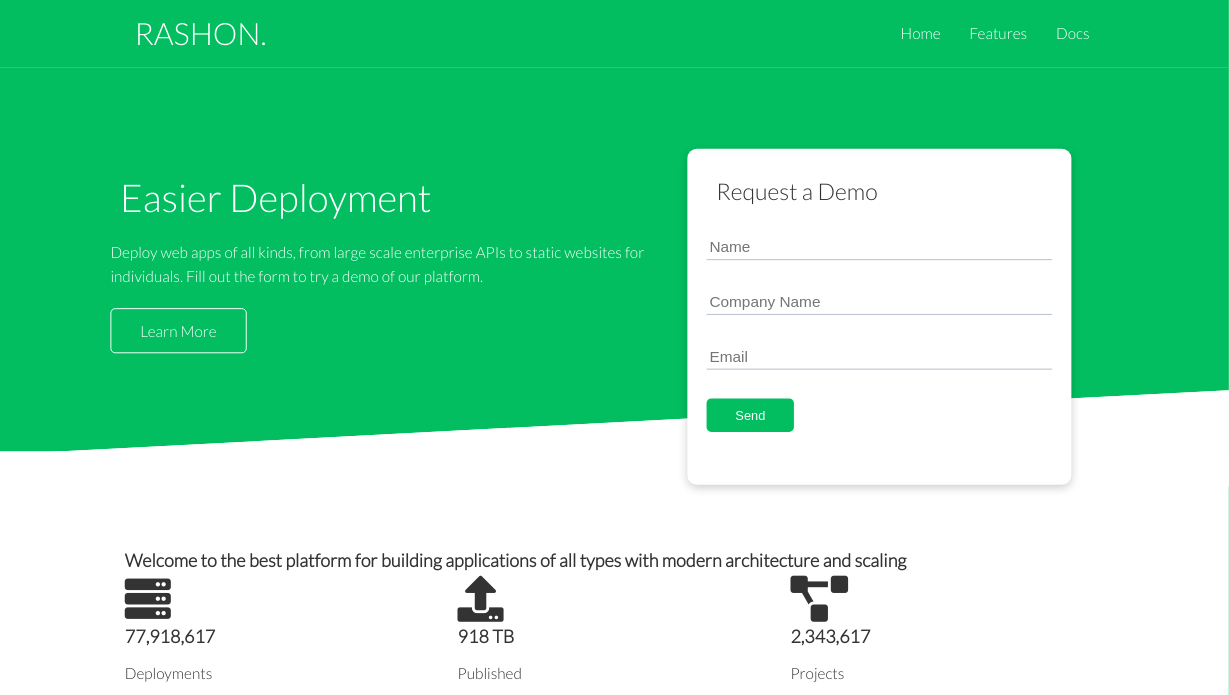
Repository: Skilis/website-modern
Page: index.html
An editor plug-in stored every save of this project. The page is shown before and after the next save, followed by the edit.
The browser window is 1280 px wide. The pictures show the whole page, at 96% of full size.

Above is the page before, as saved 2020-10-23 14:18:32.

### index.html
<!DOCTYPE html>
<html lang="en">

<head>
  <meta charset="UTF-8">
  <meta name="viewport" content="width=device-width, initial-scale=1.0">
  <link rel="stylesheet" href="https://cdnjs.cloudflare.com/ajax/libs/font-awesome/5.15.1/css/all.min.css"
    integrity="sha512-+4zCK9k+qNFUR5X+cKL9EIR+ZOhtIloNl9GIKS57V1MyNsYpYcUrUeQc9vNfzsWfV28IaLL3i96P9sdNyeRssA=="
    crossorigin="anonymous" />
  <link rel="stylesheet" href="css/style.css">
  <title>Rashon | Cloud Hosting For The SuperPhly</title>
</head>

<body>
  <!-- Navbar-->
  <div class="navbar">
    <div class="container flex">
      <h1 class="logo">RASHON.</h1>
      <nav>
        <ul>
          <li><a href="index.html">Home</a></li>
          <li><a href="features.html">Features</a></li>
          <li><a href="docs.html">Docs</a></li>
        </ul>
      </nav>
    </div>

  </div>

  <!-- Showcase-->

  <section class="showcase">
    <div class="container grid">
      <div class="showcase-text">
        <h1>Easier Deployment</h1>
        <p>Deploy web apps of all kinds, from large scale enterprise APIs to static websites for individuals. Fill out
          the form to try a demo of our platform.</p>
        <a href="features.html" class="btn btn-outline">Learn More</a>
      </div>

      <div class="showcase-form card">
        <h2>Request a Demo</h2>
        <form>
          <div class="form-control">
            <input type="text" name="name" placeholder="Name" required>
          </div>
          <div class="form-control">
            <input type="text" name="company" placeholder="Company Name" required>
          </div>
          <div class="form-control">
            <input type="email" name="email" placeholder="Email" required>
          </div>
          <input type="submit" value="Send" class="btn btn-primary">
        </form>
      </div>
    </div>

  </section>

  <!-- Stats-->

  <section class="stats">
    <div class="container">
      <h3 class="stats-heading text-center my-1">
        Welcome to the best platform for building applications of all types with modern architecture and scaling
      </h3>

      <div class="grid grid-3 text-center my-4">
        <div>
          <i class="fas fa-server fa-3x"></i>
          <h3>77,918,617</h3>
          <p class="text-secondary">Deployments</p>
        </div>
        <div> <i class="fas fa-upload fa-3x"></i>
          <h3>918 TB</h3>
          <p class="text-secondary">Published</p>
        </div>
        <div> <i class="fas fa-project-diagram fa-3x"></i>
          <h3>2,343,617</h3>
          <p class="text-secondary">Projects</p>
        </div>
      </div>


    </div>

  </section>
</body>

</html>

### css/style.css
@import url('https://fonts.googleapis.com/css2?family=Lato:wght@300&display=swap');

:root {
  --primary-color: #03be61;
}

* {
  box-sizing: border-box;
  padding: 0;
  margin: 0;
}

body {
  font-family: 'Lato', sans-serif;
  color: #333;
  line-height: 1.6;
}

ul {
  list-style-type: none;
}

a {
  text-decoration: none;
  color: #333;
}

h1,
h2 {
  font-weight: 300;
  line-height: 1.2;
  margin: 10px;
}

p {
  margin: 10px 0;
}

img {
  width: 100%;
}

/* Navrbar*/

.navbar {
  background-color: var(--primary-color);
  color: #fff;
  height: 70px;
}

.navbar ul {
  display: flex;
}

.navbar a {
  color: #fff;
  padding: 10px;
  margin: 0 5px;
}

.navbar a:hover {
  border-bottom: 2px white solid;
}

.navbar .flex {
  justify-content: space-between;
}

/* Showcase*/

.showcase {
  height: 400px;
  background-color: var(--primary-color);
  color: white;
  position: relative;
}

.showcase h1 {
  font-size: 40px;
}

.showcase p {
  margin: 20px 0;
}

.showcase .grid {
  overflow: visible;
  grid-template-columns: 55% 45%;
  gap: 30px;
}

.showcase-form {
  position: relative;
  top: 60px;
  height: 350px;
  width: 400px;
  padding: 40px;
  z-index: 100;
}

.showcase-form .form-control {
  margin: 30px 0;
}

.showcase-form input[type='text'],
.showcase-form input[type='email'] {
  border: 0;
  border-bottom: 1px solid #b4becb;
  width: 100%;
  padding: 3px;
  font-size: 16px;
}

.showcase-form input:focus {
  outline: none;
}

.showcase::before,
.showcase::after {
  content: '';
  position: absolute;
  height: 100px;
  bottom: -70px;
  right: 0;
  left: 0;
  background: white;
  transform: skewY(-3deg);
  -webkit-transform: skewY(-3deg);
  -moz-transform: skewY(-3deg);
  -ms-transform: skewY(-3deg);
}

/* Stats */

.stats {
  padding-top: 100px;
}

/* Utilities*/

.container {
  max-width: 1100px;
  margin: 0 auto;
  overflow: auto;
  padding: 0 40px;
}

.card {
  background-color: #fff;
  color: #333;
  border-radius: 10px;
  box-shadow: 0 3px 10px rgba(0, 0, 0, 0.2);
  padding: 20px;
  margin: 10px;
}

.btn {
  display: inline-block;
  padding: 10px 30px;
  cursor: pointer;
  background: var(--primary-color);
  color: #fff;
  border: none;
  border-radius: 5px;
}

.btn-outline {
  background-color: transparent;
  border: 1px #fff solid;
}

.btn:hover {
  transform: scale(.98);
}

.flex {
  display: flex;
  justify-content: center;
  align-items: center;
  height: 100%;
}

.grid {
  display: grid;
  grid-template-columns: repeat(2, 1fr);
  gap: 20px;
  justify-content: center;
  align-items: center;
  height: 100%;
}

.grid-3 {
  grid-template-columns: repeat(3, 1fr);
}

### css/utilities.css
/* Utilities*/

.container {
  max-width: 1100px;
  margin: 0 auto;
  overflow: auto;
  padding: 0 40px;
}

.card {
  background-color: #fff;
  color: #333;
  border-radius: 10px;
  box-shadow: 0 3px 10px rgba(0, 0, 0, 0.2);
  padding: 20px;
  margin: 10px;
}

.btn {
  display: inline-block;
  padding: 10px 30px;
  cursor: pointer;
  background: var(--primary-color);
  color: #fff;
  border: none;
  border-radius: 5px;
}

.btn-outline {
  background-color: transparent;
  border: 1px #fff solid;
}

.btn:hover {
  transform: scale(.98);
}

.flex {
  display: flex;
  justify-content: center;
  align-items: center;
  height: 100%;
}

.grid {
  display: grid;
  grid-template-columns: repeat(2, 1fr);
  gap: 20px;
  justify-content: center;
  align-items: center;
  height: 100%;
}

.grid-3 {
  grid-template-columns: repeat(3, 1fr);
}

After the next save:
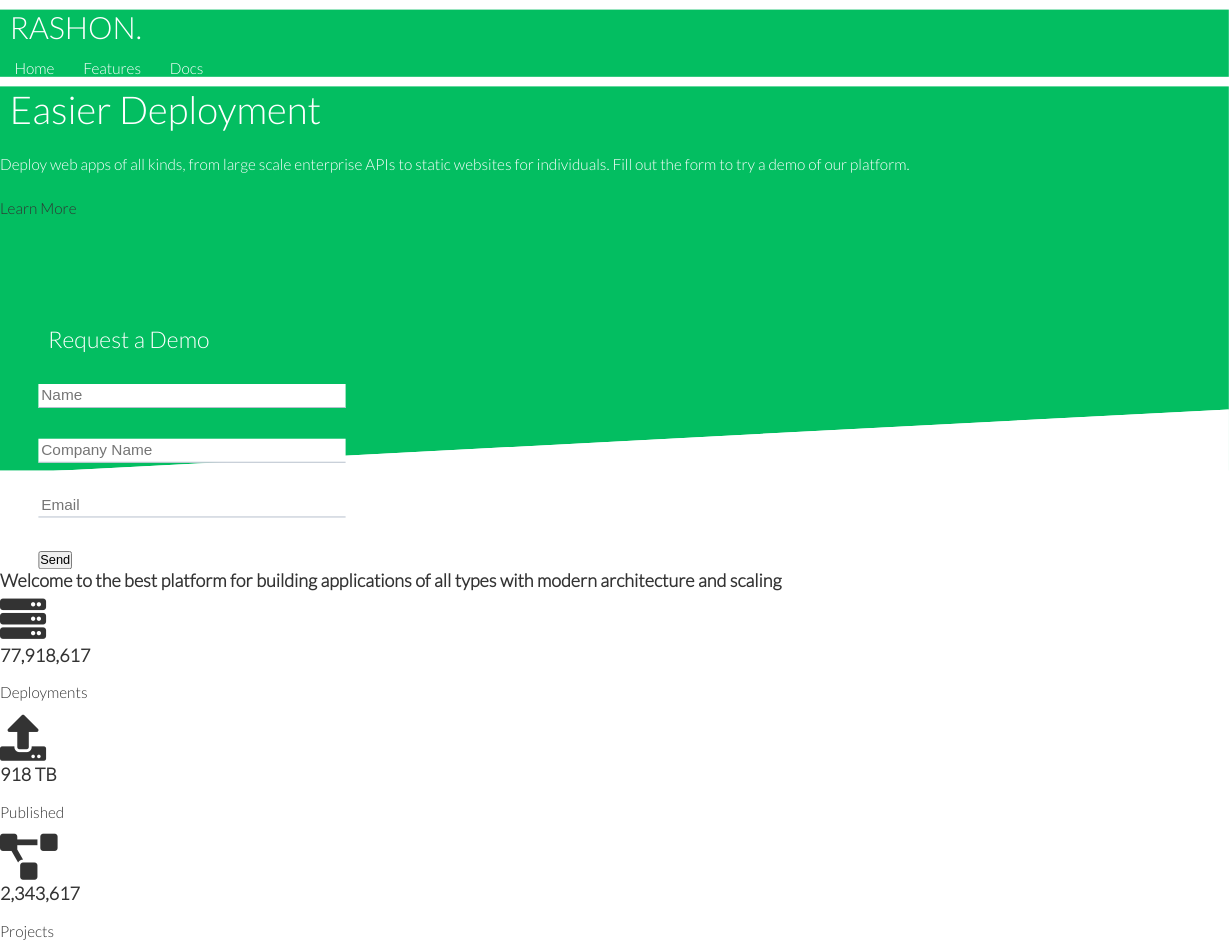
Saved 65 s later.
--- a/css/style.css
+++ b/css/style.css
@@ -136,59 +136,4 @@
   padding-top: 100px;
 }
 
-/* Utilities*/
-
-.container {
-  max-width: 1100px;
-  margin: 0 auto;
-  overflow: auto;
-  padding: 0 40px;
-}
-
-.card {
-  background-color: #fff;
-  color: #333;
-  border-radius: 10px;
-  box-shadow: 0 3px 10px rgba(0, 0, 0, 0.2);
-  padding: 20px;
-  margin: 10px;
-}
-
-.btn {
-  display: inline-block;
-  padding: 10px 30px;
-  cursor: pointer;
-  background: var(--primary-color);
-  color: #fff;
-  border: none;
-  border-radius: 5px;
-}
-
-.btn-outline {
-  background-color: transparent;
-  border: 1px #fff solid;
-}
-
-.btn:hover {
-  transform: scale(.98);
-}
-
-.flex {
-  display: flex;
-  justify-content: center;
-  align-items: center;
-  height: 100%;
-}
-
-.grid {
-  display: grid;
-  grid-template-columns: repeat(2, 1fr);
-  gap: 20px;
-  justify-content: center;
-  align-items: center;
-  height: 100%;
-}
-
-.grid-3 {
-  grid-template-columns: repeat(3, 1fr);
-}
+/

After the 3 saves that followed:
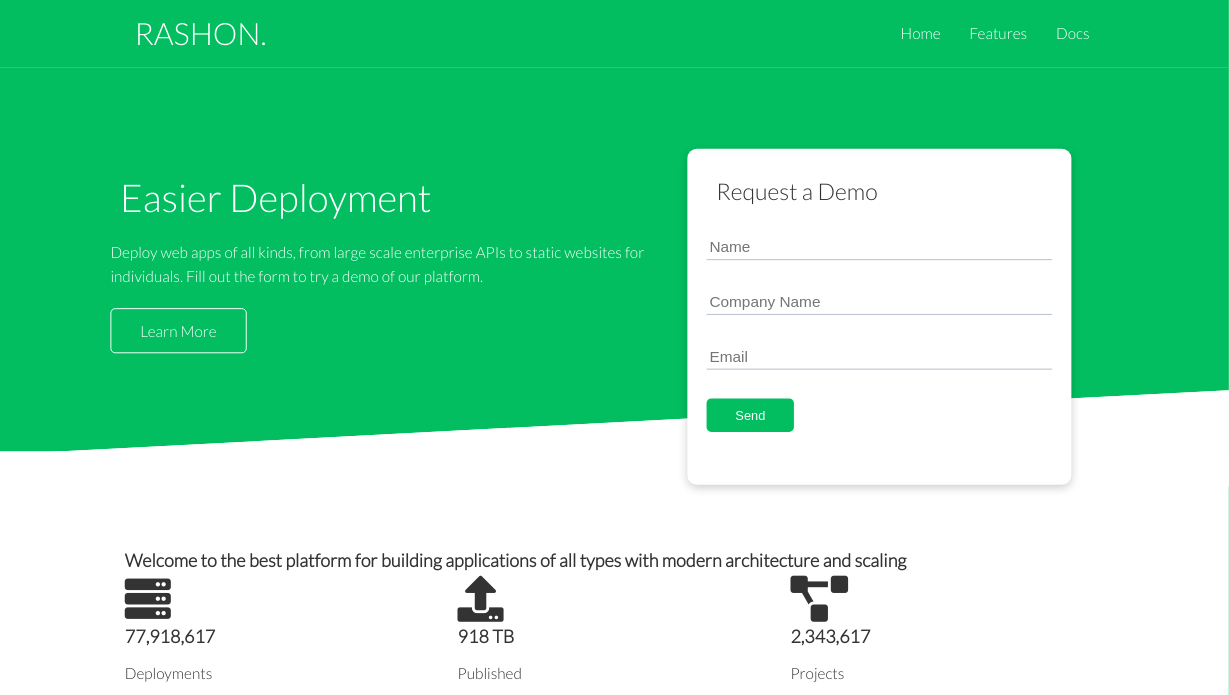
The 3 saves are shown as one change because 2 left the picture as it was.
The last was saved 96 s later.
--- a/index.html
+++ b/index.html
@@ -8,6 +8,7 @@
     integrity="sha512-+4zCK9k+qNFUR5X+cKL9EIR+ZOhtIloNl9GIKS57V1MyNsYpYcUrUeQc9vNfzsWfV28IaLL3i96P9sdNyeRssA=="
     crossorigin="anonymous" />
   <link rel="stylesheet" href="css/style.css">
+  <link rel="stylesheet" href="css/utilities.css">
   <title>Rashon | Cloud Hosting For The SuperPhly</title>
 </head>
 
--- a/css/style.css
+++ b/css/style.css
@@ -135,5 +135,3 @@
 .stats {
   padding-top: 100px;
 }
-
-/
--- a/css/utilities.css
+++ b/css/utilities.css
@@ -1,5 +1,3 @@
-/* Utilities*/
-
 .container {
   max-width: 1100px;
   margin: 0 auto;
